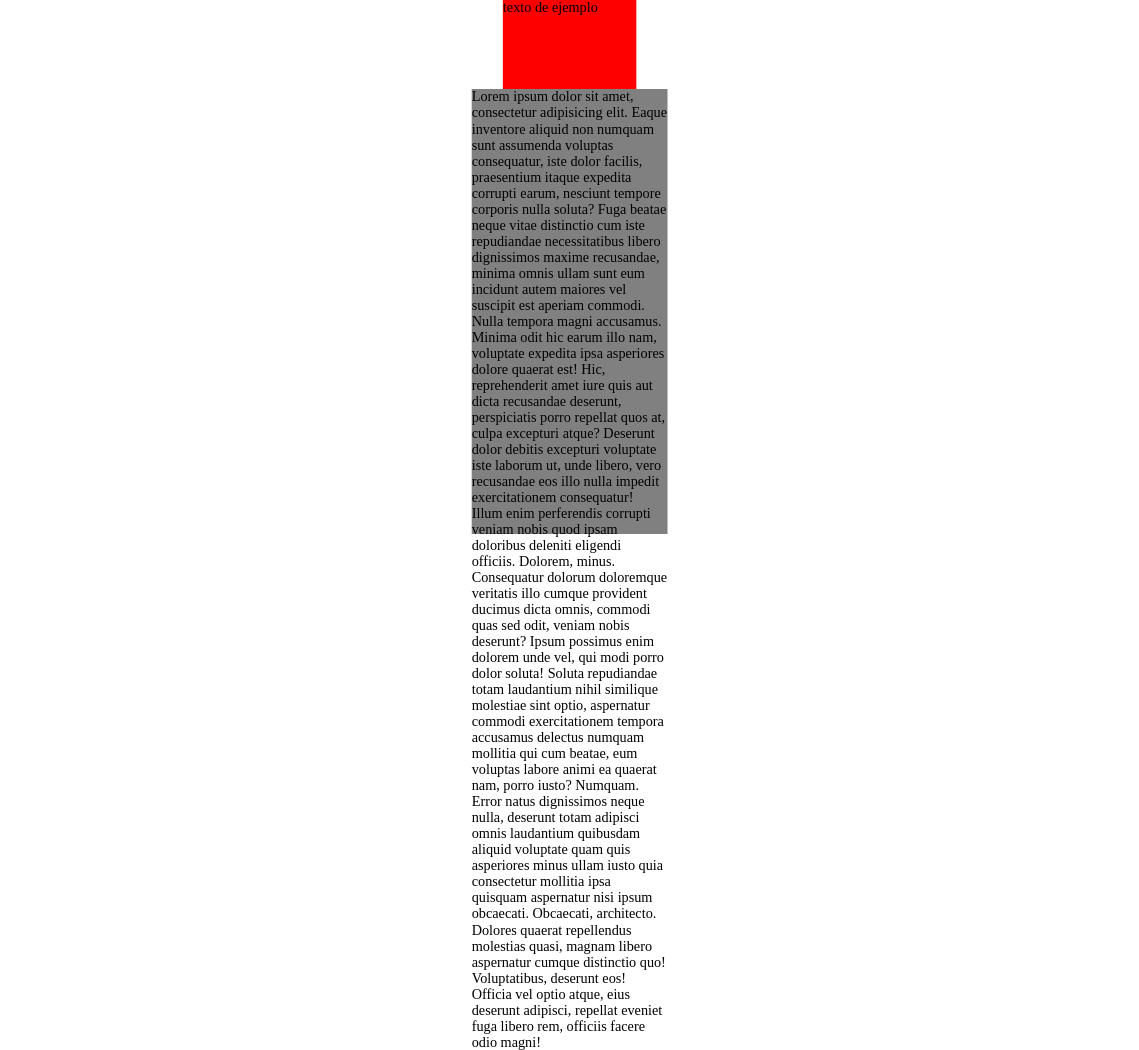
Repository: Daniel009980/daniel0099980
Page: desafio/index.html
An editor plug-in stored every save of this project. The page is shown before and after the next save, followed by the edit.
The browser window is 1280 px wide. The pictures show the whole page, at 89% of full size.

Above is the page before, as saved 2022-09-18 23:39:54.

After the next save:
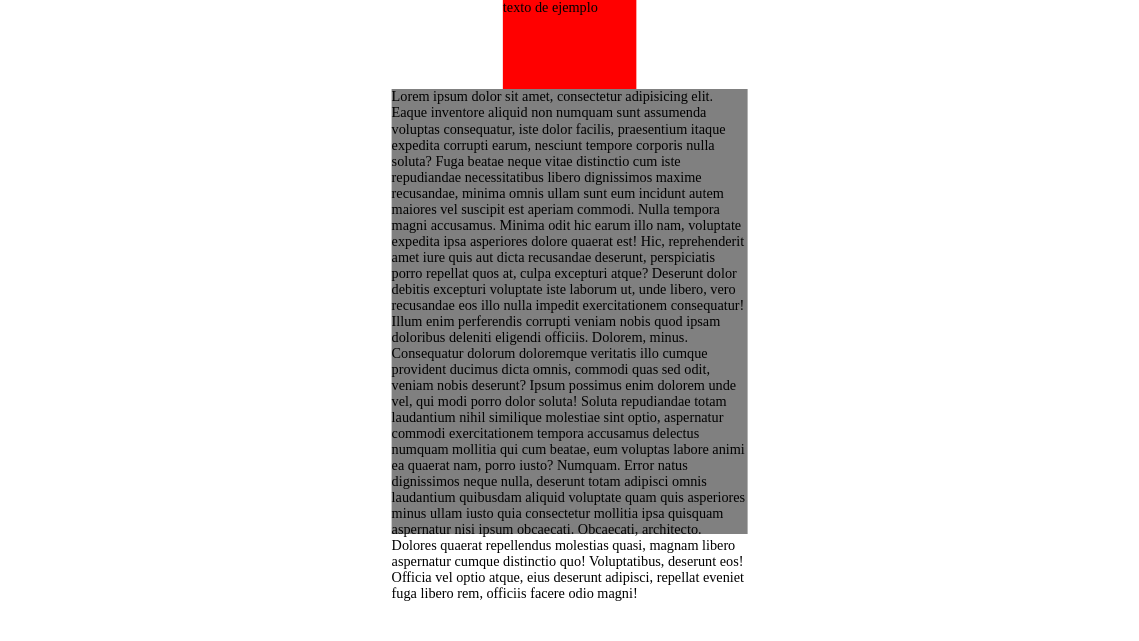
Saved 24 s later.
--- a/desafio/style.css
+++ b/desafio/style.css
@@ -14,7 +14,7 @@ div{
 
 section{
     background-color: grey;
-    width: 220px;
+    width: 400px;
     height: 200px;
     min-height: 500px;
     margin: 0 auto;
